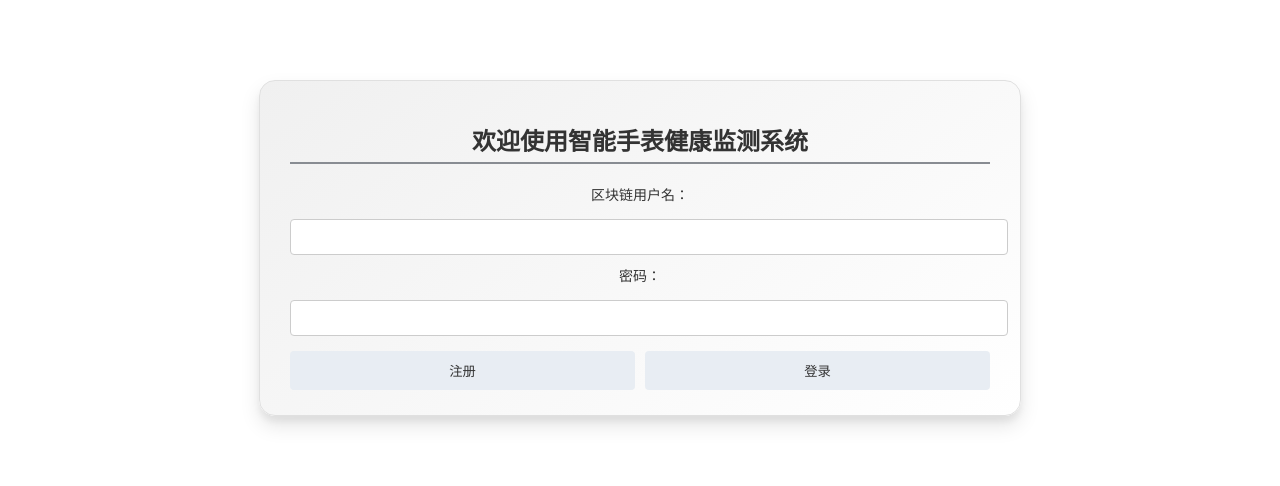
Repository: hyperion0831/The-management-of-IoT-data-sharing-based-on-blockchain
Page: / (app in Dz/frontend/)
An editor plug-in stored every save of this project. The page is shown before and after the next save, followed by the edit.
The browser window is 1280 px wide. The pictures show the whole page.
The project was rebuilt for these pictures with package versions that can differ from the ones it lists, and the page was loaded fresh each time. Also part of the build but not shown: Dz/frontend/vue.config.js, Dz/frontend/src/components/dashboard/DataUploadAndExport.vue, Dz/frontend/src/components/dashboard/RealTimeMonitoring.vue, Dz/frontend/src/components/dashboard/DataAnalysis.vue, Dz/frontend/src/components/dashboard/AppSettings.vue, Dz/frontend/src/components/DataDashBoard.vue.

Above is the page before, as saved 2024-11-12 00:24:35.

After the next save:
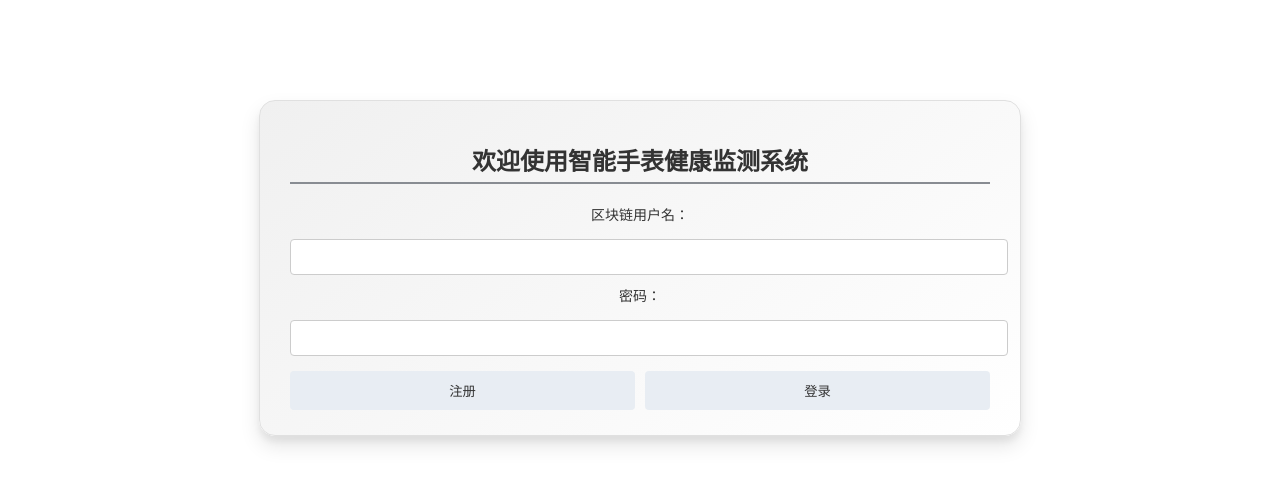
Saved 8 s later.
--- a/Dz/frontend/src/components/LoginForm.vue
+++ b/Dz/frontend/src/components/LoginForm.vue
@@ -258,7 +258,7 @@
   .loginform {
     width: 700px; /* 调整宽度 */
     padding: 25px 30px; /* 增加内边距 */
-    margin: 80px auto; /* 居中 */
+    margin: 100px auto; /* 居中 */
     background: linear-gradient(145deg, #f0f0f0, #ffffff); /* 添加柔和的渐变背景 */
     border: 1px solid #e0e0e0; /* 边框颜色更浅 */
     border-radius: 16px; /* 调整圆角 */
